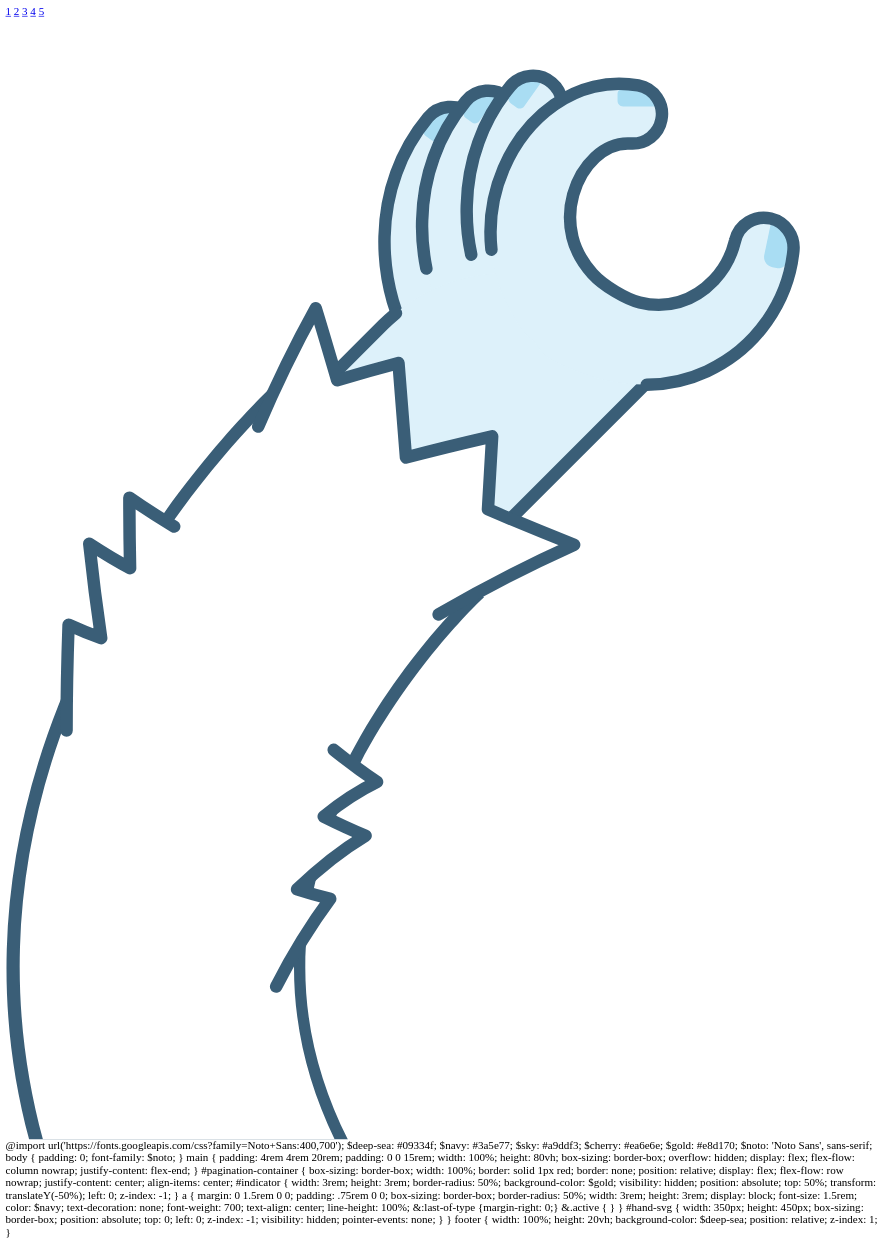
Repository: littae2/simplicite
Page: resources/views/inc/pagenumbers.blade.php
These files come from the project's save history. The page is drawn as it stood at one moment and after the next save; the edit follows.
The browser window is 1280 px wide. The pictures show the whole page, at 69% of full size.
The page is served by the project's Laravel application, run on PHP 8.4 with Laravel 8. The template is opened directly, without the code that normally fills it, so the values that code supplies are empty.

Above is the page before, as saved 2021-08-13 16:06:04.

After the next save:
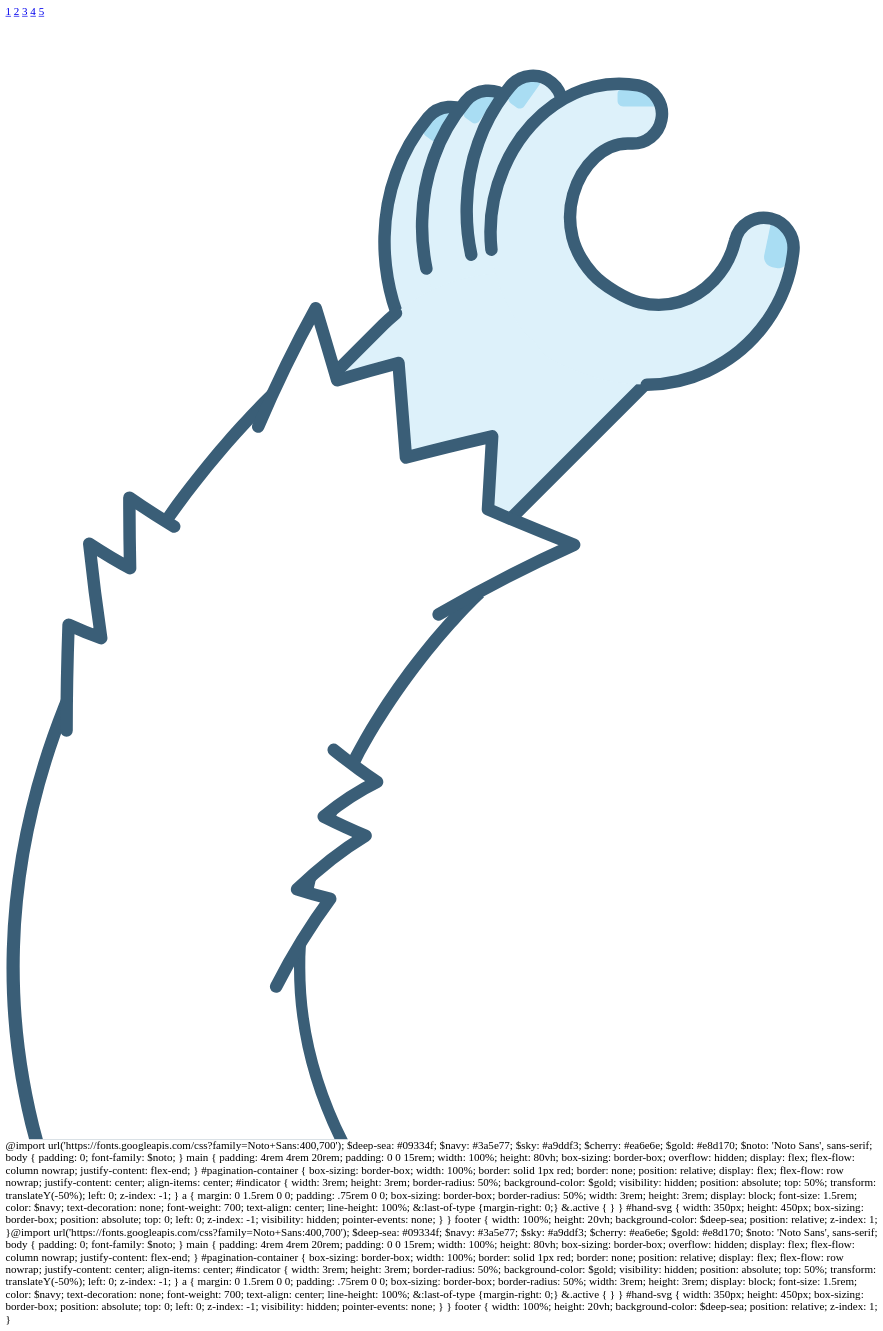
Saved 5 s later.
--- a/Project/resources/views/inc/pagenumbers.blade.php
+++ b/Project/resources/views/inc/pagenumbers.blade.php
@@ -41,3 +41,4 @@
 
 @include('inc.footer')
 @include('inc.css.pagenumbers')
+@include('inc.css.pagenumbers')
